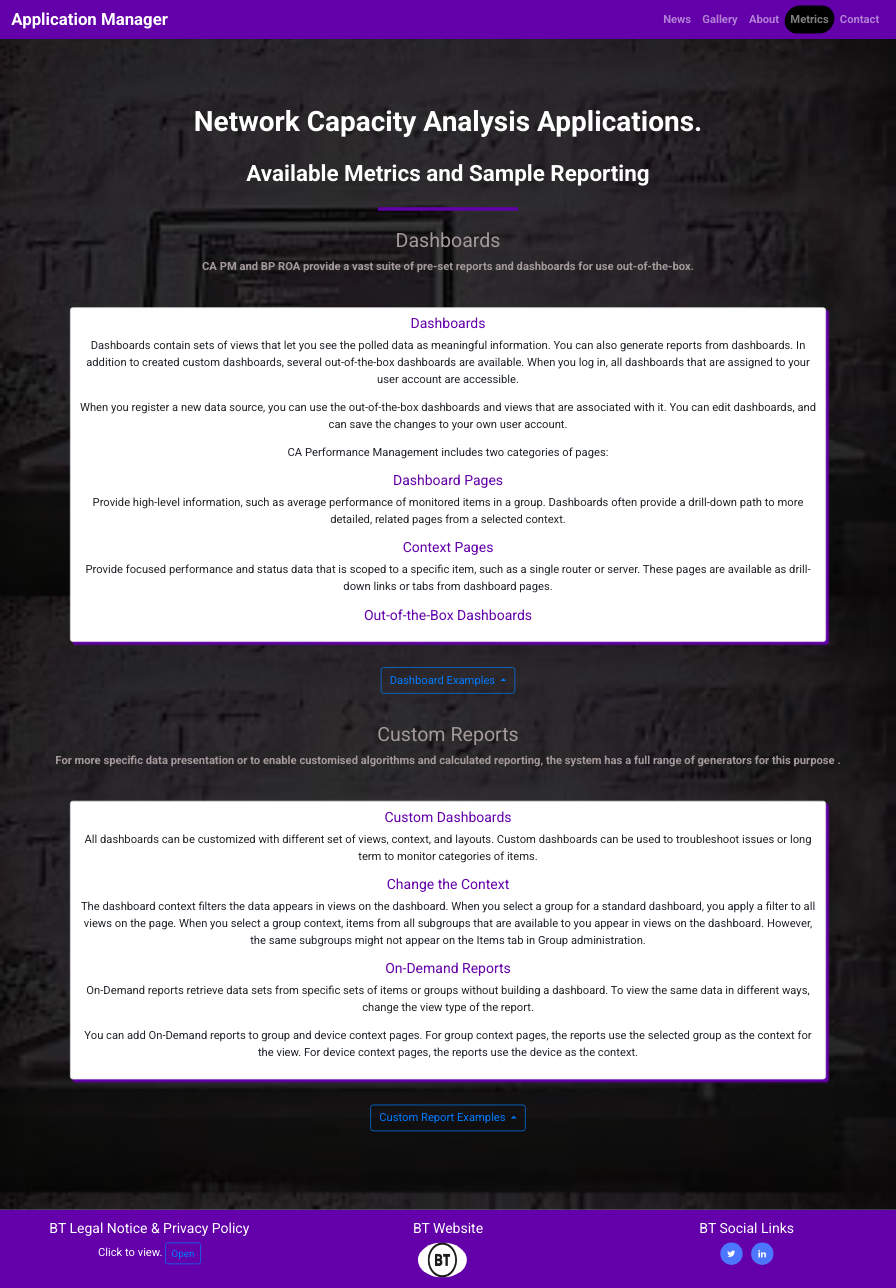
Repository: Mofarrell1967/Application-Manager
Page: metrics.html
The author's editor kept a record of every edit. The page is drawn from the files as they stood at one moment, then again after the next edit.
The browser window is 1280 px wide. The pictures show the whole page, at 70% of full size.
Backgrounds fixed to the window are drawn as part of the page. Some web libraries are served in a nearby version.

Above is the page before.

After the next edit:
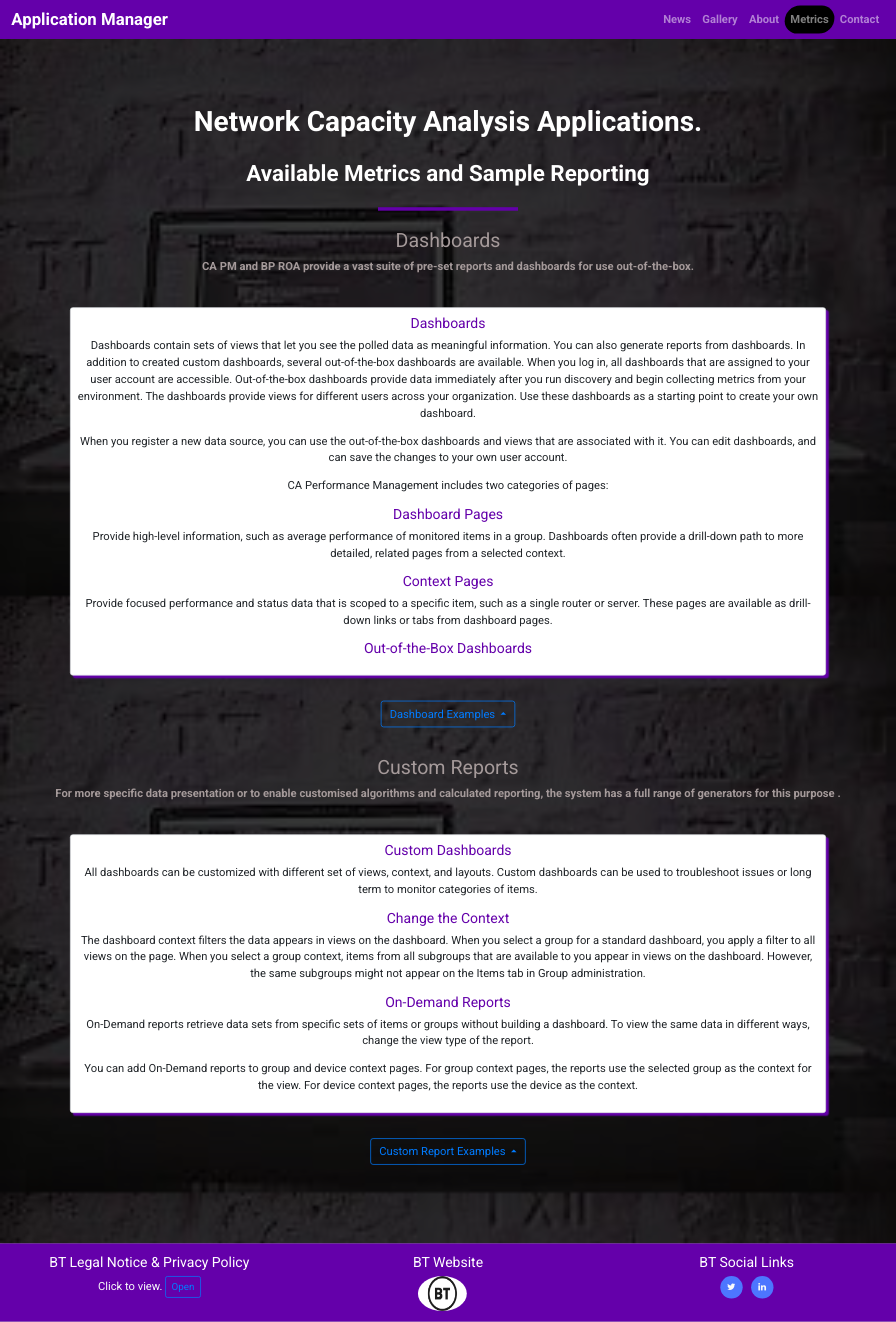
The edit:
--- a/metrics.html
+++ b/metrics.html
@@ -60,8 +60,10 @@
                         <div class="row">
                             <div class="col border metrics-form">
                                 <h5>Dashboards</h5>
-                                <p>Dashboards contain sets of views that let you see the polled data as meaningful information. You can also generate reports from dashboards. In addition to created custom dashboards, several out-of-the-box dashboards are
-                                    available. When you log in, all dashboards that are assigned to your user account are accessible.</p>
+                                <p>Dashboards contain sets of views that let you see the polled data as meaningful information. You can also generate reports from dashboards. In addition to created custom dashboards,
+                                several out-of-the-box dashboards are available. When you log in, all dashboards that are assigned to your user account are accessible. Out-of-the-box dashboards provide data immediately
+                                after you run discovery and begin collecting metrics from your environment. The dashboards provide views for different users across your organization. Use these dashboards as a starting
+                                point to create your own dashboard. </p>
                                 <p>When you register a new data source, you can use the out-of-the-box dashboards and views that are associated with it. You can edit dashboards, and can save the changes to your own user account.</p>
                                 <p>CA Performance Management includes two categories of pages:</p>
                                 <h5>Dashboard Pages</h5>
